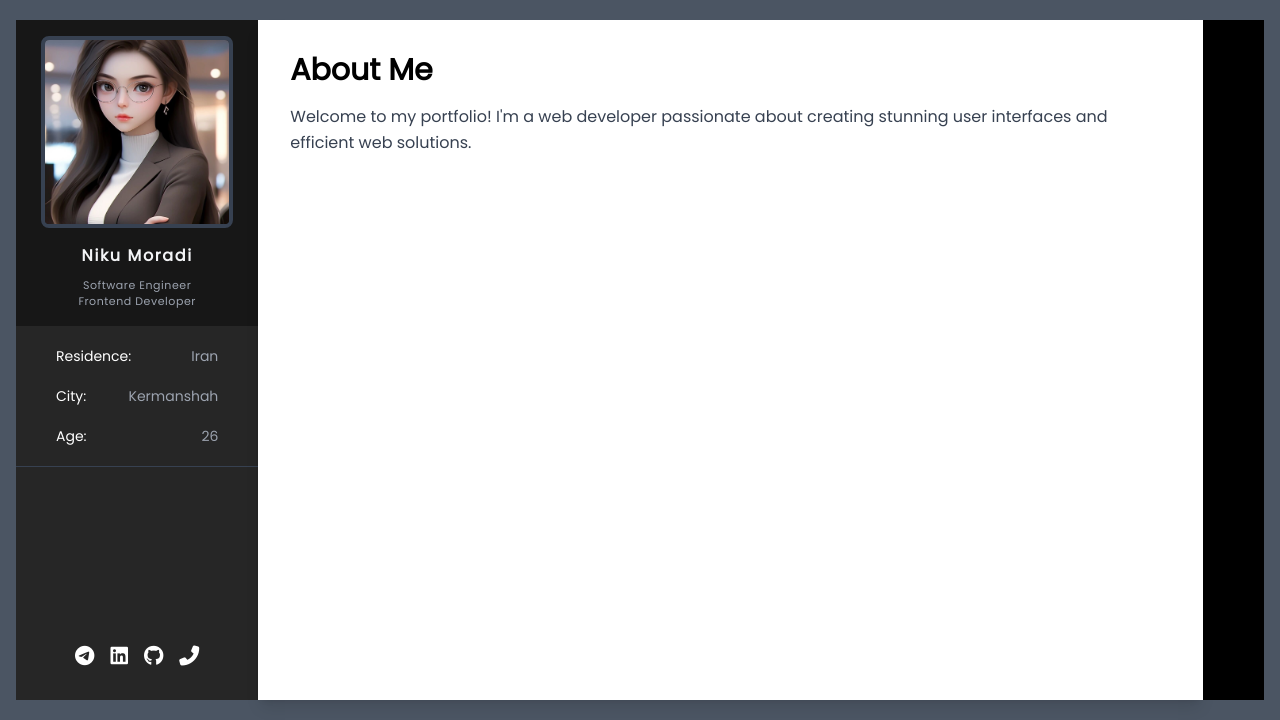
Repository: NikuMoradi/niku-moradi
Page: /
The author's editor kept a copy of each file at every save. The page is drawn from the files as they stood at one save, then again after a run of saves.
The browser window is 1280 px wide. The pictures show the whole page.
The project was rebuilt for these pictures with package versions that can differ from the ones it lists, and the page was loaded fresh each time. The framework's server and built-in components were replaced by stand-ins that run in the browser. Also part of the build but not shown: nuxt.config.ts, components/Blog Posts/Component-Design.vue, components/Blog.vue, components/Contact.vue, components/Education.vue, components/Experience.vue, components/Hero.vue, components/Menu.vue and 3 more.

Above is the page before, as saved 2024-11-29 10:46:15.

After the next 2 saves:
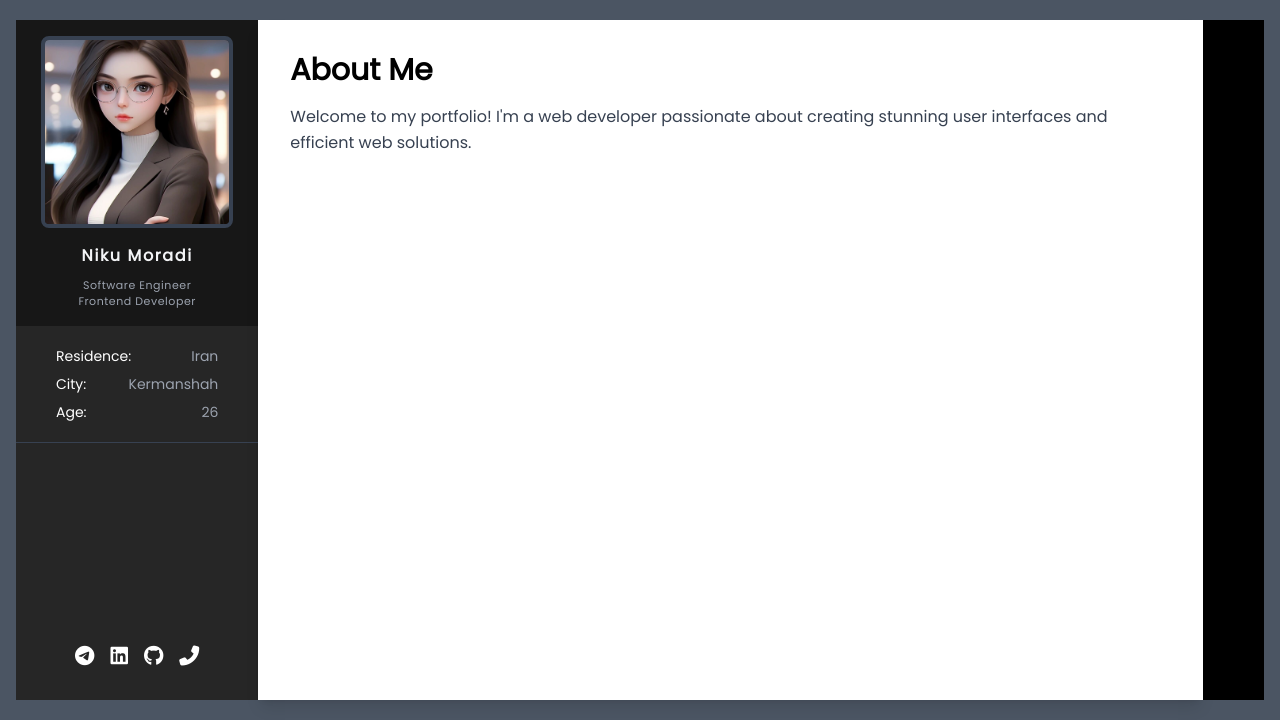
The 2 saves are shown as one change because they came seconds apart.
The last was saved 8 s later.
--- a/components/LeftPanel.vue
+++ b/components/LeftPanel.vue
@@ -29,7 +29,7 @@
 
     <!-- table -->
     <div class="px-10 py-5 text-sm border-b border-gray-700">
-      <ul class="space-y-5">
+      <ul class="space-y-2">
         <li class="flex justify-between">
           <h6>Residence:</h6>
           <span class="text-gray-400">Iran</span>
